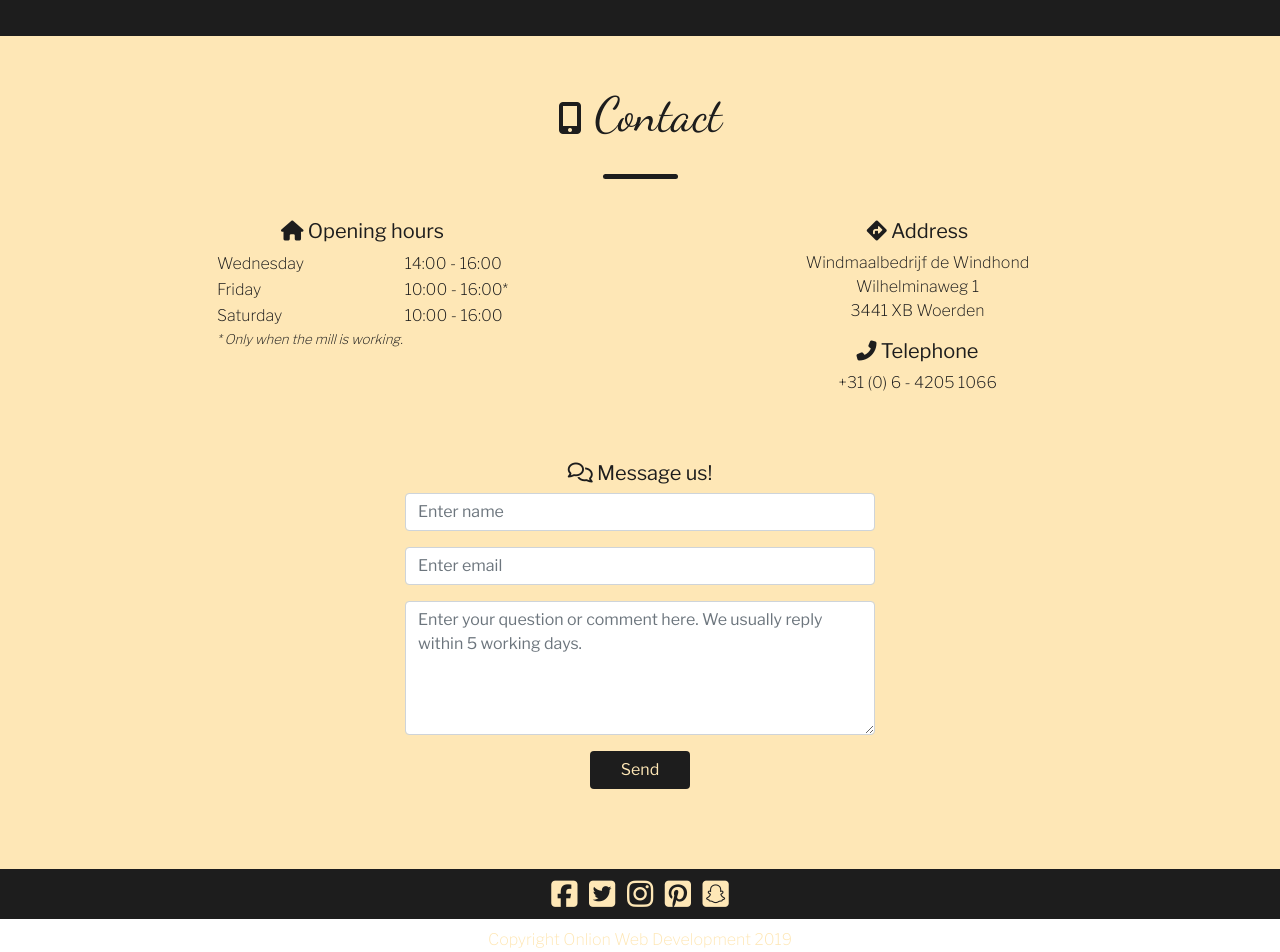
Repository: jdl208/DeWindhond
Page: index.html
The author's editor kept a record of every edit. The page is drawn from the files as they stood at one moment, then again after the next edit.
The browser window is 1280 px wide. The pictures show the part of the page from y = 2401 to 3353 px (the page is 3353 px tall before and 3351 px after).
Some web libraries are served in a nearby version.

Above is the page before.

### index.html
<!DOCTYPE html>
<html lang="en">

<head>
    <meta charset="UTF-8">
    <meta name="viewport" content="width=device-width, initial-scale=1.0">
    <meta http-equiv="X-UA-Compatible" content="ie=edge">
    <title>Windmill "De Windhond"</title>
    <link rel="stylesheet" href="https://stackpath.bootstrapcdn.com/bootstrap/4.3.1/css/bootstrap.min.css" integrity="sha384-ggOyR0iXCbMQv3Xipma34MD+dH/1fQ784/j6cY/iJTQUOhcWr7x9JvoRxT2MZw1T" crossorigin="anonymous">
    <link href="https://fonts.googleapis.com/css?family=Dancing+Script:400,700&display=swap" rel="stylesheet">
    <link rel="stylesheet" href="assets/css/style.css" type="text/css" />

</head>

<body>

    <!-- Navigation-->
    <a href="" class="anchor" id="home"></a>
    <nav class="navbar fixed-top navbar-expand-md navbar-dark dark-bg">
        <a class="navbar-brand" href="#home">De Windhond</a>
        <button id="navbar-toggle-icon" class="navbar-toggler" type="button" data-toggle="collapse" data-target="#navbarTogglerDemo02" aria-controls="navbarTogglerDemo02" aria-expanded="false" aria-label="Toggle navigation">
                <i class="fas fa-bars"></i>
            </button>

        <div class="collapse navbar-collapse" id="navbarTogglerDemo02">
            <ul class="navbar-nav ml-auto mt-2 mt-lg-0">
                <li class="nav-item ml-auto nav--link">
                    <a class="nav-link" href="#home"><strong>Home</strong><span class="sr-only">(current)</span></a>
                </li>
                <li class="nav-item ml-auto nav--link">
                    <a class="nav-link" href="#about"><strong>About</strong></a>
                </li>
                <li class="nav-item ml-auto nav--link">
                    <a class="nav-link" href="#media"><strong>Media</strong></a>
                </li>
                <li class="nav-item ml-auto nav--link">
                    <a class="nav-link" href="#contact"><strong>Contact</strong></a>
                </li>
            </ul>
        </div>
    </nav>

    <!--Header image slider-->

    <header class="top-section">
        <div class="jumbotron sectioncontainer carousel-wrapper">


            <!--Preload images so you you wont see a hickup in the slider -->

            <img class="d-none" src="assets/images/img1.jpg" />
            <img class="d-none" src="assets/images/img2.jpg" />
            <img class="d-none" src="assets/images/img3.jpg" />
            <img class="d-none" src="assets/images/img4.jpg" />
            <img class="d-none" src="assets/images/img5.jpg" />
            <img class="d-none" src="assets/images/img6.jpg" />
            <img class="d-none" src="assets/images/img7.jpg" />

            <div class="bg-image-slider">

            </div>
        </div>
    </header>

    <!-- About -->
    <a href="" class="anchor" id="about"></a>
    <section class="light-bg sectioncontainer">
        <div class="container about">
            <h2><i class="far fa-list-alt media-icon"></i> About</h2>
            <hr class="block-divider dark-divider">

            <div class="row">
                <div class="col-md-6">
                    <h4>Timeline</h4>
                    <div class="history-items">
                        <div class="timeline-item" data-dates="1498">
                            <p>The first mill was build on top of the city wall.</p>
                        </div>
                        <div class="timeline-item" data-dates="1755">
                            <p>De Windhond was build on the spot of the original mill.</p>
                        </div>
                        <div class="timeline-item" data-dates="1977">
                            <p>The mill was sold to the city of Woerden. Which would restore the mill to it's original state.</p>
                        </div>
                        <div class="timeline-item" data-dates="2011">
                            <p>The new miller Karel Dolman is going to work in De Windhond and is going to make the mill functioning again untill this day.</p>
                        </div>
                    </div>
                </div>
                <div class="col-md-6">
                    <hr class="block-divider dark-divider d-md-none">
                    <h4>History</h4>

                    <p>Windmill "De Windhond" is a historical and valuable feature for the city of Woerden.</P>
                    <p>The Windhond is a round stone mill that was built in 1755 in Woerden. Today the mill is well maintained and is an important part of the cityscape.</p>
                    <p>The mill stands on one of the last pieces of city wall, originally part of a bastion belonging to the city walls of old Woerden. De Windhond has a flight of 25.2 meters. The mill was restored in 1984 and today it is still in use as
                        a flour mill. The flour from the mill is used at various points of sale. In addition, a number of bakers in Woerden sell bread with flour from the mill. The interior of the mill is largely in authentic condition. The miller lives
                        in the house at the bottom of the mill.
                    </p>
                    <!--<p>Karel Dolman (29) divides his time between "his" windmill De Windhond in Woerden and a permanent job as a mill repairman.</p>-->
                    <!--<p>The mill in Woerden doesn't run full production. The repairman job makes the work complete. Maintenance is always necessary and I am always technically informed.</p>-->
                    <!--<p>Karel has been at the mill since childhood. He is officially qualified and knows everything about the technology, weather, sailing and more. "And you have to be physically capable, because getting the windmill up or slowing down requires-->
                    <!--    power." Whether the work is in his blood? "Then I have to go to the doctor," he jokes. Collegiate banter between father (Maarten Dolman, miller of the Windotter in IJsselstein) and son is also there: "The Greyhound is older: completely-->
                    <!--    from 1755, while De Windotter only has stones that date from 1732, the rest is younger."</p>-->

                </div>
            </div>
        </div>

    </section>

    <!-- Media section-->
    <a href="" class="anchor" id="media"></a>

    <section class="dark-bg mediabox sectioncontainer">
        <H2><i class="fas fa-photo-video media-icon"></i> Media</H2>
        <hr class="block-divider yellow-divider">
        <div class="row mediarow">
            <div class="col-12">
                <h4>Impression of the mill</h4>
            </div>
            <iframe width="560" height="315" src="https://www.youtube.com/embed/qNwYElhLL6A" frameborder="0" allow="accelerometer; autoplay; encrypted-media; gyroscope; picture-in-picture" allowfullscreen></iframe>
        </div>

        <hr class="block-divider yellow-divider">

        <div class="row mediarow">
            <div class="col-12">
                <h4>Interview with Karel Dolman the miller</h4>
            </div>
            <iframe width="560" height="315" src="https://www.youtube.com/embed/lAjF5r5rAqM" frameborder="0" allow="accelerometer; autoplay; encrypted-media; gyroscope; picture-in-picture" allowfullscreen></iframe>
        </div>

        </div>
    </section>

    <!-- Contact-->

    <a href="" class="anchor" id="contact"></a>
    <section class="sectioncontainer light-bg">
        <div class="container">
            <h2><i class="fas fa-mobile-alt media-icon"></i> Contact</h2>
            <hr class="block-divider dark-divider">
            <div class="row">
                <div class="col-md-6 contact_visiting">
                    <table>
                        <h5><i class="fas fa-home"></i> Opening hours</h5>
                        <tr>
                            <td>Wednesday</td>
                            <td>14:00 - 16:00</td>
                        </tr>
                        <tr>
                            <td>Friday</td>
                            <td>10:00 - 16:00*</td>
                        </tr>
                        <tr>
                            <td>Saturday</td>
                            <td>10:00 - 16:00</td>
                        </tr>
                        <tr class="footnote_opening">
                            <td>* Only when the mill is working.</td>
                        </tr>

                    </table>
                </div>
                <div class="col-md-6 contact_visiting">

                    <h5><i class="fas fa-directions"></i> Address</h5>
                    <p>Windmaalbedrijf de Windhond<br> Wilhelminaweg 1<br> 3441 XB Woerden
                    </p>
                    <h5><i class="fas fa-phone-alt"></i> Telephone</h5>
                    <p> +31 (0) 6 - 4205 1066</p>

                </div>

            </div>

            <div class="row">
                <div class="col-12 contact-form">
                    <h5><i class="far fa-comments"></i> Message us!</h5>
                    <div class="form-group">
                        <input type="text" class="form-control" placeholder="Enter name" required>
                    </div>
                    <div class="form-group">
                        <input type="email" class="form-control" placeholder="Enter email" required>
                    </div>
                    <div class="form-group">
                        <textarea class="form-control" rows="5" Placeholder="Enter your question or comment here. We usually reply within 5 working days." required></textarea>
                    </div>
                    <button type="submit" class="btn btn--dark">Send</button>
                    </form>
                </div>
            </div>
    </section>

    <footer class="dark-bg footer">
        <div class="row">
            <div class="col-12">
                <ul class="list-inline">
                    <li class="list-inline-item"><a class="light-link" href="https://www.facebook.com/windmaalbedrijfdewindhond?pnref=story"><i class="fab fa-facebook-square socialicon"></i></a></li>
                    <li class="list-inline-item"><a class="light-link" href="#"><i class="fab fa-twitter-square socialicon"></i></a></li>
                    <li class="list-inline-item"><a class="light-link" href="#"><i class="fab fa-instagram socialicon"></i></a></li>
                    <li class="list-inline-item"><a class="light-link" href="#"><i class="fab fa-pinterest-square socialicon"></i></a></li>
                    <li class="list-inline-item"><a class="light-link" href="#"><i class="fab fa-snapchat-square socialicon"></i></a></li>
                </ul>
            </div>
        </div>
        <p class="copyright">Copyright Onlion Web Development 2019</p>

    </footer>

    <script src="https://code.jquery.com/jquery-3.3.1.slim.min.js" integrity="sha384-q8i/X+965DzO0rT7abK41JStQIAqVgRVzpbzo5smXKp4YfRvH+8abtTE1Pi6jizo" crossorigin="anonymous"></script>
    <script src="https://cdnjs.cloudflare.com/ajax/libs/popper.js/1.14.7/umd/popper.min.js" integrity="sha384-UO2eT0CpHqdSJQ6hJty5KVphtPhzWj9WO1clHTMGa3JDZwrnQq4sF86dIHNDz0W1" crossorigin="anonymous"></script>
    <script src="https://stackpath.bootstrapcdn.com/bootstrap/4.3.1/js/bootstrap.min.js" integrity="sha384-JjSmVgyd0p3pXB1rRibZUAYoIIy6OrQ6VrjIEaFf/nJGzIxFDsf4x0xIM+B07jRM" crossorigin="anonymous"></script>
    <script src="https://kit.fontawesome.com/70761e8d6e.js"></script>

</body>

</html>

### assets/css/style.css
@import url('https://fonts.googleapis.com/css?family=Dancing+Script:400,700|Libre+Franklin:200,300,400,700&display=swap');

html {
    scroll-behavior: smooth;
}

body {
    font-family: "Libre Franklin";
    font-weight: 200;
}

.sectioncontainer {
    padding-top: 50px;
    padding-bottom: 80px;
}

.anchor {
    display: block;
    position: relative;
    top: -56px;
    visibility: hidden;
}

/* ---------------------------------------------- Colors */

.dark-bg {
    color: #fee7b6;
    background-color: #1d1d1d;
}

.light-bg {
    background-color: #fee7b6;
    color: rgb(29, 29, 29);
}

.block-divider {
    width: 75px;
    height: 5px;
    border: 0;
    border-radius: 15px;
    margin-top: 30px;
    margin-bottom: 40px;
}

.yellow-divider {
    background-color: #fee7b6;
}

.dark-divider {
    background-color: rgb(29, 29, 29);
}

.light-link {
    color: #fee7b6;
}

.btn--dark {
    color: #fee7b6;
    background-color: rgba(29, 29, 29, 1);
    text-align: center;
}

/* ---------------------------------------------- Headings */

h2,
h3,
h4 {
    font-family: "dancing script";
    text-align: center;
    font-size: 3rem;
}

h4 {
    font-size: 2rem;
}

.media-icon {
    font-size: 32px;
}

/* ---------------------------------------------- Navbar */

.navbar {
    font-family: "dancing script";
    font-size: 1.2rem;
}

.navbar-brand {
    font-size: 1.5rem;
}

.navbar-brand:hover {
    color: #dec080;
}

.navbar-dark .navbar-brand {
    color: #fee7b6;
}

.navbar-dark .navbar-brand:hover {
    color: #dec080;
}


#navbar-toggle-icon {
    border: 0;
    color: #fee7b6;
}

.navbar-dark .navbar-nav .nav-link {
    color: #fee7b6;
}

.navbar-dark .navbar-nav .nav-link:hover {
    color: #dec080;
}


/* ---------------------------------------------- Header */

.top-section {
    padding: 0;
}

.carousel-wrapper {
    position: relative;
    top: 56px;
    margin: 0 0 56px 0;
    padding: 0;
}

.bg-image-slider {
    height: 85vh;
    width: 100%;
    animation-name: bgslider;
    animation-duration: 49s;
    animation-timing-function: ease-in;
    animation-iteration-count: infinite;
    background-image: url("../images/img1.jpg");
    background-size: cover;
    background-repeat: no-repeat;
    background-position: center;
}

@keyframes bgslider {
    0% {
        background-image: url("../images/img1.jpg");
    }
    10% {
        background-image: url("../images/img1.jpg");
    }
    14% {
        background-image: url("../images/img2.jpg");
    }
    24% {
        background-image: url("../images/img2.jpg");
    }
    28% {
        background-image: url("../images/img3.jpg");
    }
    38% {
        background-image: url("../images/img3.jpg");
    }
    42% {
        background-image: url("../images/img4.jpg");
    }
    52% {
        background-image: url("../images/img4.jpg");
    }
    56% {
        background-image: url("../images/img5.jpg");
    }
    66% {
        background-image: url("../images/img5.jpg");
    }
    70% {
        background-image: url("../images/img6.jpg");
    }
    80% {
        background-image: url("../images/img6.jpg");
    }
    84% {
        background-image: url("../images/img7.jpg");
    }
    95% {
        background-image: url("../images/img7.jpg");
    }
    100% {
        background-image: url("../images/img1.jpg");
    }
}

/* ---------------------------------------------- About */

.history-heading {
    margin-bottom: 50px;
}

.timeline-item {
    padding: 4em 2em 0em 2em;
    position: relative;
    border-left: 1px solid;
}

.timeline-item p {
    padding: 0;
    margin: 0;
}

.timeline-item:before {
    content: attr(data-dates);
    position: absolute;
    left: 2.5em;
    top: 3em;
    display: block;
    font-weight: 500;
    font-size: 0.8em;
    padding: 0;
    margin: 0;
}

.timeline-item:after {
    width: 12px;
    height: 12px;
    display: block;
    top: 2.5em;
    position: absolute;
    left: -6px;
    border-radius: 12px;
    content: '';
    background: rgb(29, 29, 29);

}

/* ---------------------------------------------- Media */

.row {
    margin: 0;
}

iframe {
    margin: auto;
}

/* ---------------------------------------------- Contact */

.contact_visiting {
    text-align: center;
}

.contact_visiting table {
    text-align: left;
    margin: auto;
}

.footnote_opening {
    font-size: smaller;
    font-style: italic;
}


.contact-form {
    margin: auto;
    text-align: center;
    margin-top: 50px;
    max-width: 500px;
}

.contact-form .btn--dark {
    width: 100px;
}


/* ---------------------------------------------- Footer */

.footer {
    height: 50px;
    text-align: center;
    padding: 10px;
}

.footerlist {
    list-style-type: none;
}

.list-item-footer {
    display: inline-block;
    color: #fee7b6;
}

.socialicon {
    font-size: 30px;
}

.socialicon:hover {
    color: #dec080
}

After the next edit:
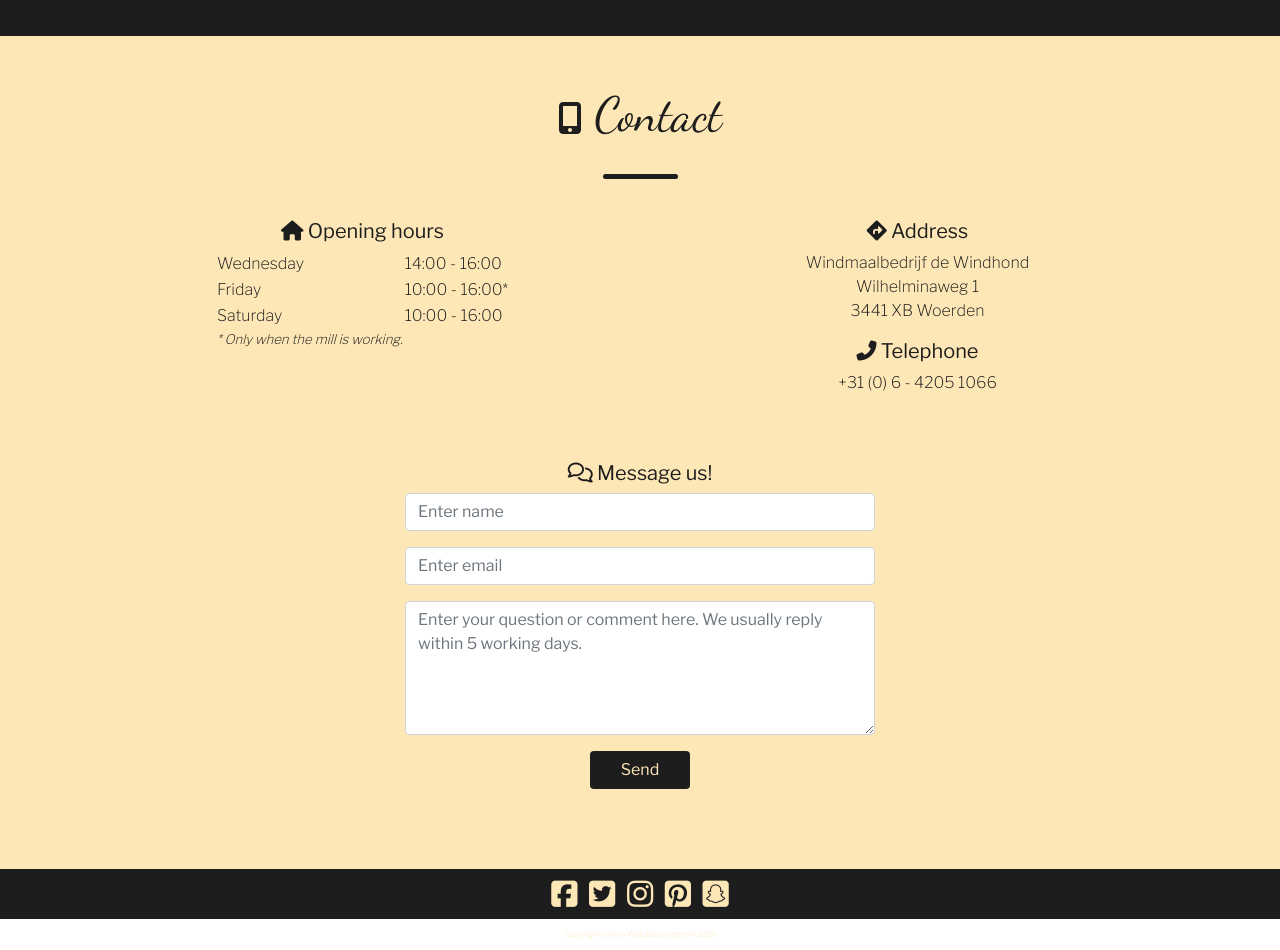
The edit:
--- a/assets/css/style.css
+++ b/assets/css/style.css
@@ -295,3 +295,10 @@ iframe {
 .socialicon:hover {
     color: #dec080
 }
+
+.copyright {
+    font-weight: 200;
+    font-size: 0.5rem;
+    text-align: center;
+    padding-bottom: 10px;
+}
